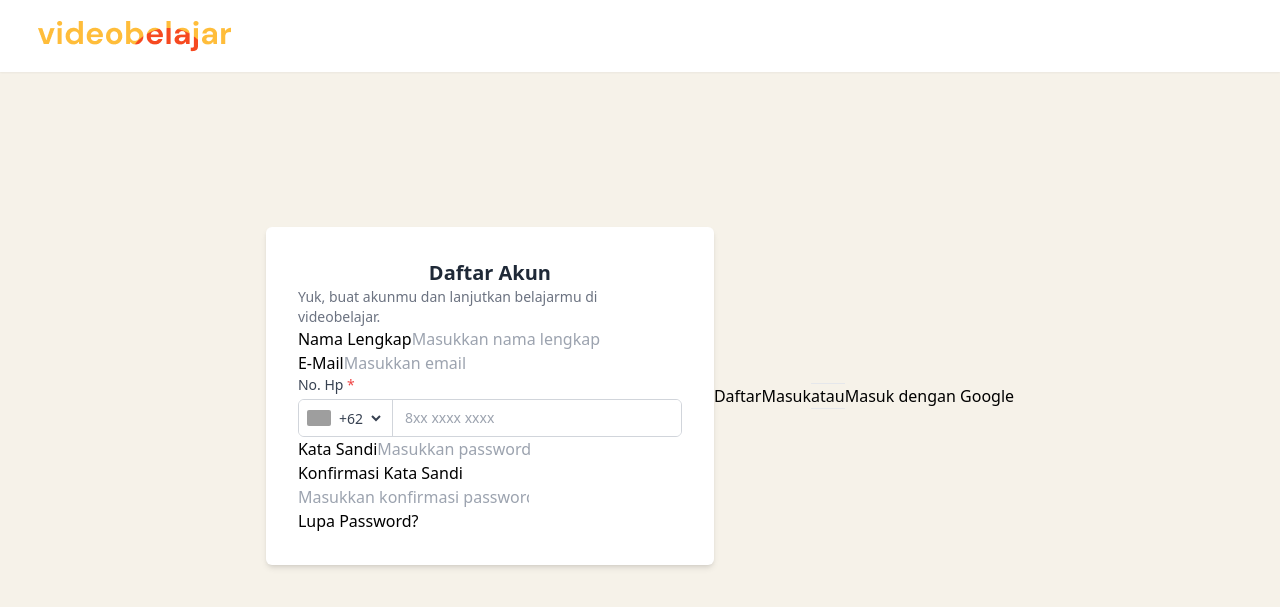
Repository: dimascahyanugraha/Course-Mission-4
Page: /signup
These files come from the project's save history. The page is drawn as it stood at one moment and after the next save; the edit follows.
The browser window is 1280 px wide. The pictures show the whole page.
Pictures or frames that could not be fetched are drawn as grey boxes. The project was rebuilt for these pictures with package versions that can differ from the ones it lists, and the page was loaded fresh each time. Also part of the build but not shown: vite.config.js, src/components/LoginPage.jsx.

Above is the page before, as saved 2026-05-29 10:50:41.

After the next save:
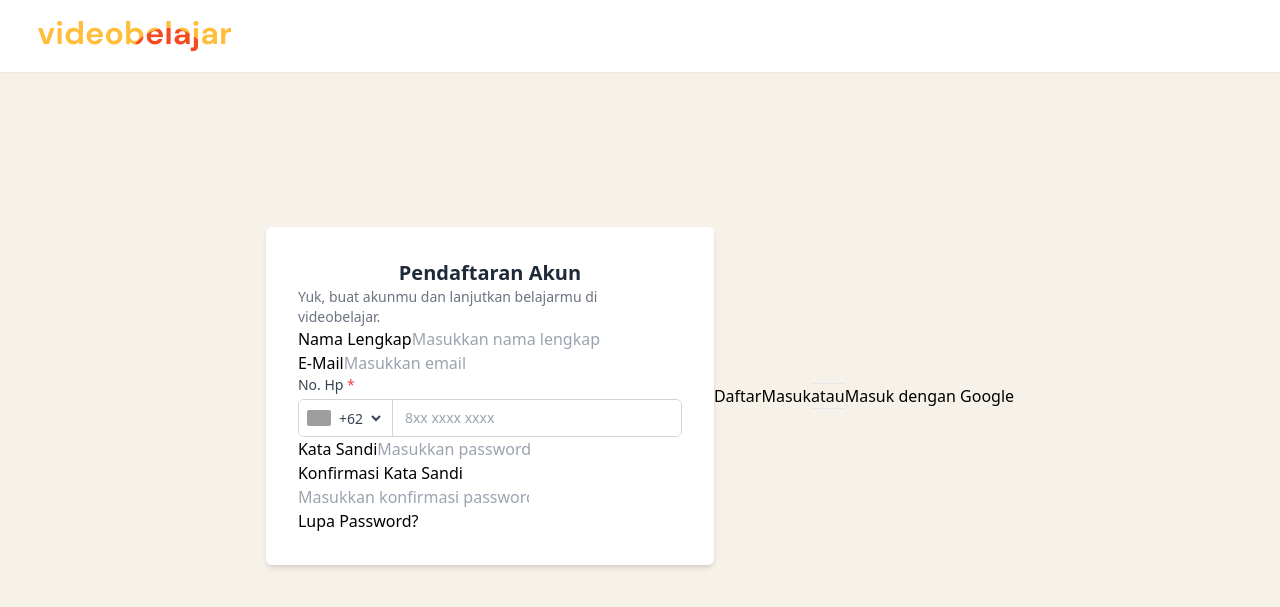
Saved 21 s later.
--- a/src/components/Signup.jsx
+++ b/src/components/Signup.jsx
@@ -11,7 +11,7 @@ export default function Signup() {
       <main className="flex flex-auto justify-center items-center px-4">
         <div className="bg-white w-full max-w-md rounded-md shadow-md p-8">
           <h2 className="text-xl font-bold text-gray-800 text-center">
-            Daftar Akun
+            Pendaftaran Akun
           </h2>
           <p className="text-gray-500 text-sm">
             Yuk, buat akunmu dan lanjutkan belajarmu di videobelajar.
